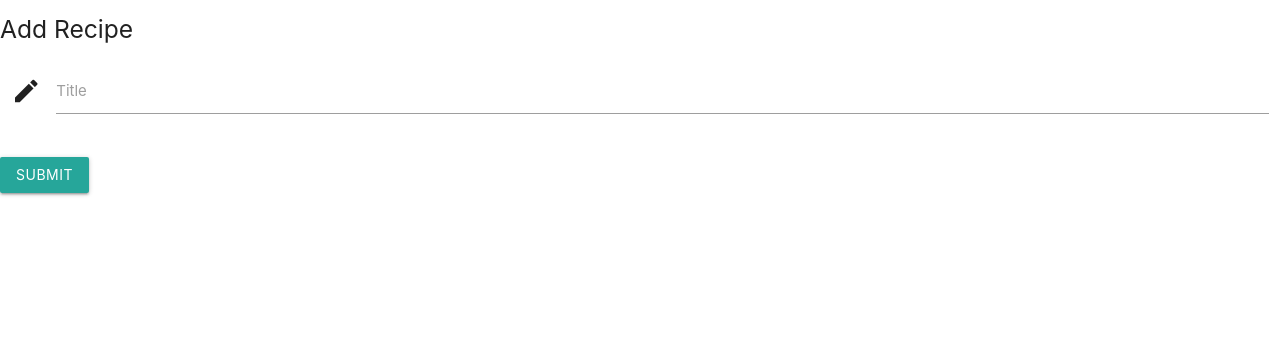
Repository: neillarkin/atari-app
Page: http://localhost/add_recipe
The author's editor kept a record of every edit. The page is drawn from the files as they stood at one moment, then again after the next edit.
The browser window is 1280 px wide. The pictures show the whole page.
The page is served by the project's application, run on Flask 3 (run.py). Queries for data that is not in the repository find no rows.

Above is the page before.

### templates/add_recipe.html
{% extends 'base.html' %} {% block content %}

<h5>Add Recipe</h5>
<div class="row">
  <form action="{{ url_for('create_recipe') }}" method="POST" class="col s12">

    <div class="row">
      <div class="input-field col s12">
        <i class="material-icons prefix">create</i>
        <input id="input_text" name="recipe_name" type="text" data-length="20" class="validate">
        <label for="input_text">Title</label>
      </div>
    </div>
    <!--{% for item in ingredients %}-->
    <!--<option value="{{item.ingredient_name}}">{{item.ingredient_name}}</option>-->
    <!--{% endfor %}-->


    <div class="row">
      <button class="btn waves-effect waves-light" type="submit">Submit</button>
    </div>
  </form>

</div>
{% endblock %}

### templates/base.html
<!DOCTYPE html>
<html>

<head>
    <link href="https://fonts.googleapis.com/icon?family=Material+Icons" rel="stylesheet">
    <link rel="stylesheet" href="https://cdnjs.cloudflare.com/ajax/libs/materialize/1.0.0/css/materialize.min.css">

    <!--<link rel="stylesheet" href="https://cdnjs.cloudflare.com/ajax/libs/materialize/0.100.2/css/materialize.min.css">-->
</head>

<body>
    {% block content %} {% endblock %}
    <script src="https://code.jquery.com/jquery-3.4.1.min.js" integrity="sha256-CSXorXvZcTkaix6Yvo6HppcZGetbYMGWSFlBw8HfCJo=" crossorigin="anonymous"></script>
    <script src="https://cdnjs.cloudflare.com/ajax/libs/materialize/1.0.0/js/materialize.min.js"></script>
    <script>
        $(document).ready(function() {
            $('.collapsible').collapsible();
            $('input#input_text, textarea#textarea2').characterCounter();
            $('select').formSelect();
            //   $('select').material_select();
        });
    </script>
</body>

</html>

### run.py
import os
from flask import Flask, render_template, redirect, request, url_for
from flask_pymongo import PyMongo
from bson.objectid import ObjectId

app = Flask(__name__)

app.config["MONGO_DBNAME"] = 'recipe_db'
app.config['MONGO_URI'] = 'mongodb+srv://root:r00tUser@myfirstcluster-tbkzy.mongodb.net/recipe_db?retryWrites=true&w=majority'

mongo = PyMongo(app) #constructor method

#route decorator is a URL that redirects to a Python function
@app.route('/')
@app.route('/get_recipes')
def get_tasks():
    return render_template("recipes.html", recipes=mongo.db.recipes.find())

@app.route('/add_recipe')
def add_recipe():
    return render_template('add_recipe.html', categories=mongo.db.categories.find())

@app.route('/create_recipe', methods=['POST'])
def create_recipe():
    recipes = mongo.db.recipes
    recipes.insert_one(request.form.to_dict()) #insert request oject which is our form
    return redirect(url_for('get_recipes'))  # redirect to the get_recipes page to see the new entry


if __name__ == '__main__':
    app.run(host=os.environ.get('IP'),
            port=int(os.environ.get('PORT')),
            debug=True)

After the next edit:
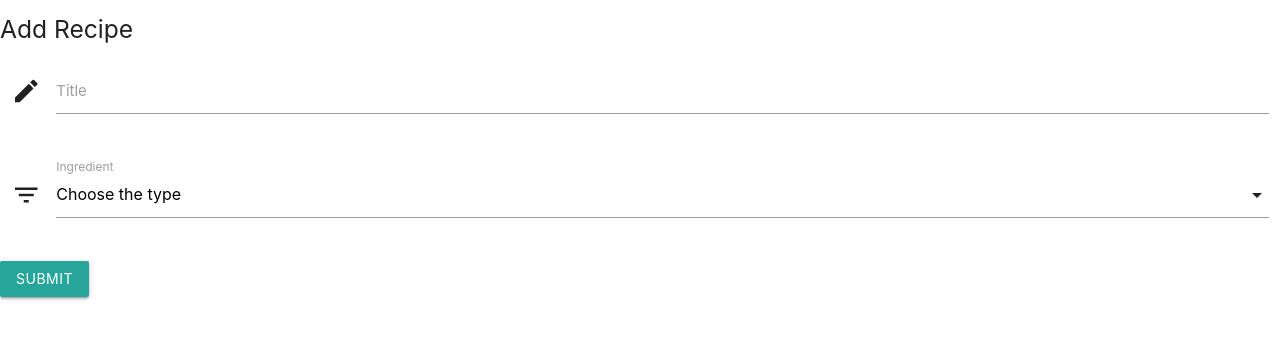
The edit:
--- a/templates/add_recipe.html
+++ b/templates/add_recipe.html
@@ -11,9 +11,19 @@
         <label for="input_text">Title</label>
       </div>
     </div>
-    <!--{% for item in ingredients %}-->
-    <!--<option value="{{item.ingredient_name}}">{{item.ingredient_name}}</option>-->
-    <!--{% endfor %}-->
+
+    <div class="row">
+      <div class="input-field col s12">
+        <i class="material-icons prefix">filter_list</i>
+        <select id="ingredient" name="ingredient_name" multiple>
+          <option value="" disabled selected>Choose the type</option>
+          {% for item in ingredients %}
+            <option value="{{item.ingredient_name}}">{{item.ingredient_name}}</option>
+          {% endfor %}
+        </select>
+        <label>Ingredient</label>
+      </div>
+    </div>
 
 
     <div class="row">
